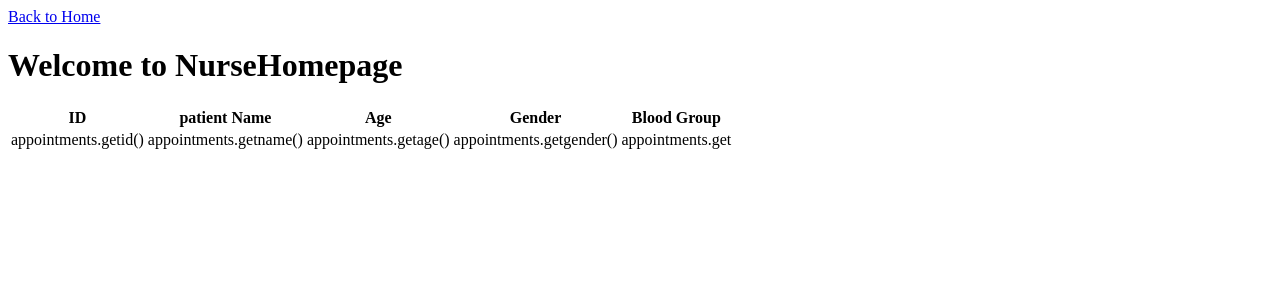
Repository: Rajasekaran0415/LifeCare-Management-System
Page: Project/nurseHompage.html
These files come from the project's save history. The page is drawn as it stood at one moment and after a run of saves; the edit follows.
The browser window is 1280 px wide. The pictures show the whole page.

Above is the page before, as saved 2026-01-28 21:55:41.

After the next 5 saves:
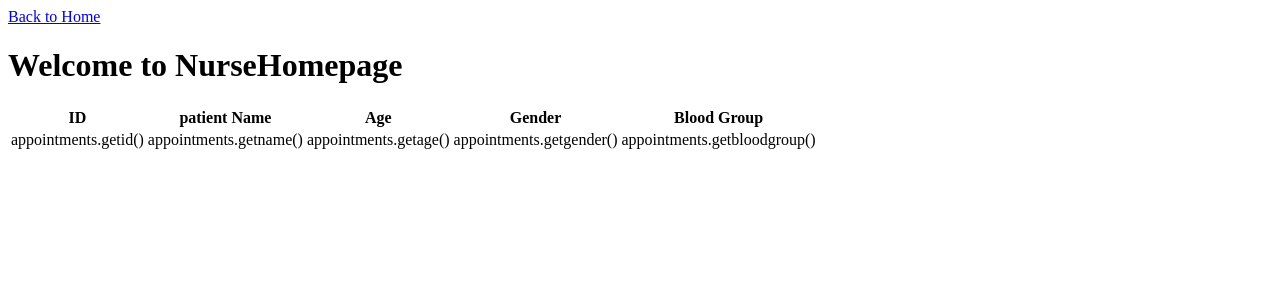
The 5 saves are shown as one change because they came seconds apart.
The last was saved 13 s later.
--- a/Project/nurseHompage.html
+++ b/Project/nurseHompage.html
@@ -27,7 +27,7 @@
                     <td>appointments.getname()</td>
                     <td>appointments.getage()</td>
                     <td>appointments.getgender()</td>
-                    <td>appointments.get</td>
+                    <td>appointments.getbloodgroup()</td>
                 </tr>
 
             </table>
